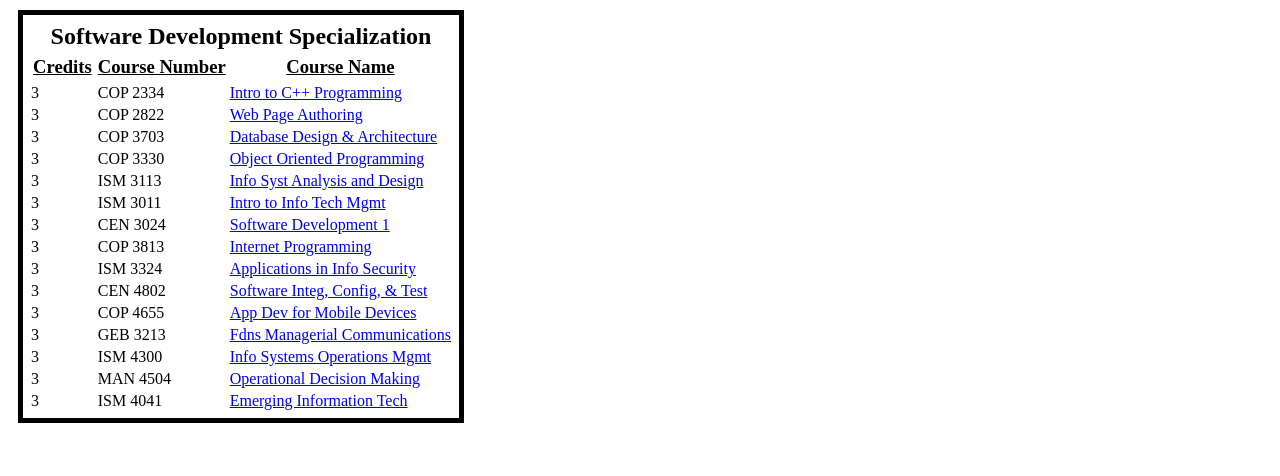
Repository: mlmEFSC21/P5-DegreeTableStyling
Page: FormattedProgramSpecialization1.html
These files come from the project's save history. The page is drawn as it stood at one moment and after the next save; the edit follows.
The browser window is 1280 px wide. The pictures show the whole page.

Above is the page before, as saved 2022-02-07 16:13:17.

After the next save:
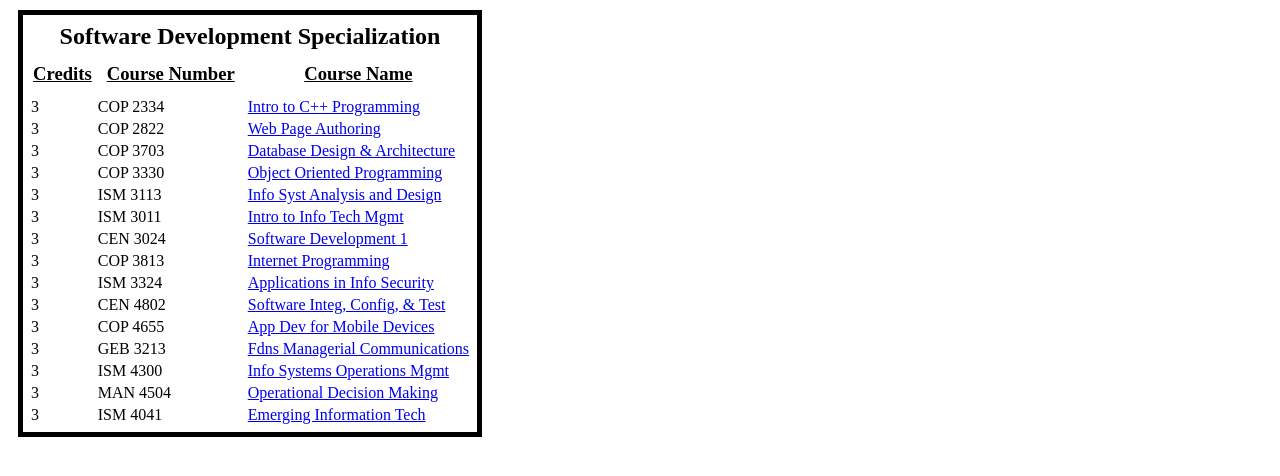
Saved 7 s later.
--- a/FormattedProgramSpecialization1.html
+++ b/FormattedProgramSpecialization1.html
@@ -22,8 +22,8 @@
                 </tr>
                 <tr style="font-size: 14pt; text-decoration: underline">
                     <th style="padding: 3px">Credits</th>
-                    <th>Course Number</th>
-                    <th>Course Name</th>
+                    <th style="padding: 10px">Course Number</th>
+                    <th style="padding: 10px">Course Name</th>
                 </tr>
             </thead>
             <tbody style="font-size: 12pt; text-align: left">
